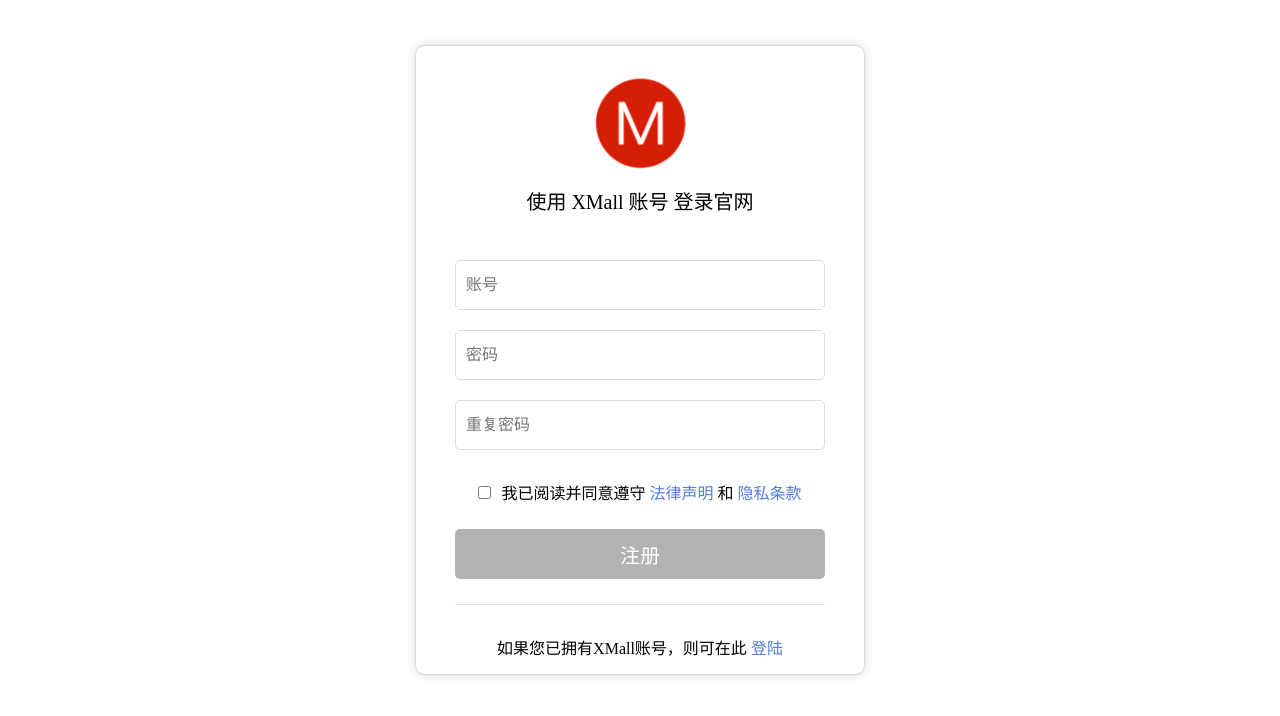
Repository: dingqihui1997/xmall-demo
Page: /signin
These files come from the project's save history. The page is drawn as it stood at one moment and after the next save; the edit follows.
The browser window is 1280 px wide. The pictures show the whole page.
The project was rebuilt for these pictures with package versions that can differ from the ones it lists, and the page was loaded fresh each time. Also part of the build but not shown: vue.config.js, src/views/Home.vue.

Above is the page before, as saved 2021-06-29 17:40:12.

### src/main.js
import Vue from 'vue'
import App from './App.vue'
import router from './router'
import store from './store'
import ElementUI from 'element-ui';
import 'element-ui/lib/theme-chalk/index.css';
Vue.use(ElementUI);
Vue.config.productionTip = false

new Vue({
  router,
  store,
  render: h => h(App)
}).$mount('#app')

### src/App.vue
<template>
  <div id="app">
    <router-view />
  </div>
</template>

<style lang="scss">
@import "./styles/common";
@import "./styles/ui";
</style>

### src/router/index.js
import Vue from 'vue'
import VueRouter from 'vue-router'
import Home from '../views/Home.vue'

Vue.use(VueRouter)

const routes = [
  {
    path: '/',
    name: 'Home',
    component: Home
  },
  {//登录
    path: '/signin',
    name: 'Signin',
    component: () => import('../components/signin/Signin.vue')
  },
  {//注册
    path: '/register',
    name: 'Register',
    component: () => import('../components/register/Register.vue')
  },


]

const router = new VueRouter({
  mode: 'history',
  base: process.env.BASE_URL,
  routes
})

export default router

### src/styles/common.scss
 * {
     margin: 0;
     padding: 0;
 }

 .center {
     //居中显示
     margin: auto;
     position: absolute;
     top: 0;
     bottom: 0;
     left: 0;
     right: 0;
 }

 * {
     box-sizing: border-box;
 }

 .wi100 {
     width: 100%;
 }

 .hei100 {
     height: 100%;
 }

 .pflex {
     position: fixed;
     /* 固定定位 */
 }

 .flex {
     display: flex;
 }

 .flex-wrap {
     /* 子元素换行排列 */
     display: flex;
     flex-wrap: wrap;
     align-items: center;
 }

 .flex-j {
     display: flex;
     justify-content: center;
     /* 水平方向居中 */
 }

 .flex-a {
     display: flex;
     align-items: center;
     /* 垂直方向居中 */
 }

 .flex-ja {
     /* felx-ja 垂直水平方向居中 */
     display: flex;
     align-items: center;
     justify-content: center;
 }

 .flex-sb {
     /* flex-sb 子元素两边排列 */
     display: flex;
     justify-content: space-between;
 }

 .flex-sba {
     /* flex-sb 子元素两边排列 bing居中 */
     display: flex;
     justify-content: space-between;
     align-items: center;
 }

 .flex-d {
     /* z子元素竖向排列 */
     display: flex;
     flex-direction: column;
 }

 .flex-di {
     /* 子元素竖向排列并居中 */
     display: flex;
     flex-direction: column;
     align-items: center;
 }

 .flex-dj {
     /* 子元素竖向排列并居中 */
     display: flex;
     flex-direction: column;
 }

 .flex-dji {
     /* 子元素竖向排列并水平垂直居中 */
     display: flex;
     flex-direction: column;
     align-items: center;
     justify-content: center;
 }

 .pad-t10 {
     padding-top: 10px;
 }

 .pad-t15 {
     padding-top: 15px;
 }

 .margin-r55 {
     margin-right: 55px;
 }

 .marginauto {
     margin: 0 auto;
 }

 .img100 {
     width: 100%;
     height: 100%;
 }

 .img50 {
     width: 50%;
     height: 50%;
 }

 .imgh100 {
     height: 100%;
 }

 .img45 {
     width: 45%;
     height: 45%;
 }

 .img80 {
     width: 80%;
     height: 80%;
 }

 .font20 {
     font-size: 20px;
 }

 .font18 {
     font-size: 18px;
 }

 .font16 {
     font-size: 16px;
 }

 .font14 {
     font-size: 14px;
 }

 .font12 {
     font-size: 12px;
 }

 .flex1 {
     flex: 1;
 }

 .flex2 {
     flex: 1.5;
 }

 .color30 {
     color: #000000;
 }

 .color3f {
     /* 白色 */
     color: #fff;
 }

 .margin-t10 {
     margin-top: 10px;
 }

 .margin-t5 {
     margin-top: 5px;
 }

 .margin-t20 {
     margin-top: 20px;
 }

 .margin-r5 {
     margin-right: 5px;
 }

 .margin-r15 {
     margin-right: 15px;
 }

 .margin-r10 {
     margin-right: 10px;
 }

 .margin-r20 {
     margin-right: 20px;
 }

 .margin-r30 {
     margin-right: 30px;
 }

 .margin-l10 {
     margin-left: 10px;
 }

 .margin-l20 {
     margin-left: 20px;
 }

 .margin-b10 {
     margin-bottom: 10px;
 }

 .text-de {
     /* 有下划线 */
     text-decoration: underline;
 }

 .text-li {
     text-decoration: line-through;
     /* 删除线 */
 }

 .font-w7 {
     /* 加粗 */
     font-weight: 700;
 }

 .fontstyle-i {
     /* 斜体 */
     font-style: italic;
 }

 .shuoming {
     position: relative;
     top: 55px
 }

 .textr {
     text-align: right;
 }

### src/styles/ui.scss
.login {
    .el-input__inner {
        width: 370px;
        height: 50px;
    }

    .el-input__suffix {
        position: absolute;
        right: 50px;
    }

    .el-input {
        position: relative;
    }
}

### src/components/signin/Signin.vue
<template>
  <!-- 登录页面 -->
  <div class="one">
    <div class="box center flex-d login">
      <div class="top">
        <div class="flex-ja"><img src="../../assets/log1.png" alt="" /></div>
        <div class="flex-ja">使用 XMall 账号 登录官网</div>
      </div>
      <!-- 账号 -->
      <div class="flex-ja name">
        <input type="text" placeholder="账号" class="ipt" v-model="username" />
      </div>
      <!-- 密码 -->
      <div class="flex-ja name">
        <input
          type="password"
          placeholder="密码"
          class="ipt"
          v-model="password"
        />
      </div>
      <!-- 重复密码 -->
      <div class="flex-ja name">
        <input
          type="password"
          placeholder="重复密码"
          class="ipt"
          v-model="Repeat"
        />
      </div>
      <div class="flex-ja choice">
        <input type="checkbox" class="inpt" v-model="checked" />
        我已阅读并同意遵守<span>&nbsp;法律声明&nbsp;</span>和<span
          >&nbsp;隐私条款</span
        >
      </div>
      <div class="flex-ja regis">
        <!-- 动态绑定属性，最先是true禁用状态 -->
        <button
          :disabled="flag"
          :class="{ back: flag === false }"
          @click="goto"
        >
          注册
        </button>
      </div>
      <div class="flex-ja">
        <div class="bottom flex-ja">
          如果您已拥有XMall账号，则可在此<span>&nbsp;登陆</span>
        </div>
      </div>
    </div>
  </div>
</template>

<script>
import axios from "axios";
export default {
  name: "",
  props: {},
  data() {
    return {
      username: "",
      password: "",
      Repeat: "",
      flag: true, //最开始禁用按钮
      checked: false,
    };
  },
  components: {},
  methods: {
    goto() {
      if (this.checked === false) {
        this.$message.error("您未勾选同意我们的相关注册协议");
      }
      if (this.password !== this.Repeat) {
        this.$message.error("两次输入的密码不相同");
      }
      if (this.password === this.Repeat && this.checked === true) {
        axios
          .post("/api/users/register", {
            username: this.username,
            password: this.password,
          })
          .then((res) => {
            console.log(res);
          })
          .catch((err) => {
            console.log("请求失败", err);
          });
      }
    },
  },
  mounted() {},
  computed: {},
  watch: {
    username(val) {
      this.username = val;
    },
    password(val) {
      this.password = val;
    },
    Repeat(val) {
      //账号和密码都输入了内容后，然后就不禁用button
      this.Repeat = val;
      if (this.username !== "" && this.password !== "" && val !== "") {
        this.flag = false;
        // console.log(val);
      } else {
        this.flag = true;
      }
    },
  },
};
</script>

<style lang='scss' scoped>
.box {
  width: 450px;
  height: 630px;
  border: 1px solid #dadada;
  border-radius: 10px;
  box-shadow: 0 0 10px #dadada;
}
.one {
  height: 100vh;
}
.top {
  height: 240px;
  font-size: 20px;
  margin-bottom: 35px;
  padding-top: 25px;
}
.top img {
  margin-bottom: 10px;
}
.ipt {
  width: 370px;
  height: 50px;
  outline: none;
  border: 1px #dcdcdc solid;
  border-radius: 5px;
  padding-left: 10px;
  font-size: 16px;
}
button {
  margin: 25px 0px;
  width: 370px;
  height: 50px;
  border-radius: 5px;
  border: none;
  color: #fff;
  font-size: 20px;
  background-color: #b2b2b2; //最开始设置成灰色背景颜色
}

span {
  color: #527bd9;
}

.name {
  margin-top: 10px;
  margin-bottom: 10px;
  text-align: center;
}
.choice {
  margin-top: 20px;
}
.regis {
  padding: 0 35px;
}
.inpt {
  margin-right: 10px;
}
.bottom {
  width: 370px;
  border-top: 1px #e0e0df solid;
  padding: 30px 0;
}
.back {
  background-color: #5f86e4; //当按钮不禁用的时候就显示蓝色，然后添加hover的效果
  &:hover {
    background-color: #6283cf;
  }
}
</style>

Loaded but not shown: public/index.html (common file); src/store/index.js (common file)

After the next save:
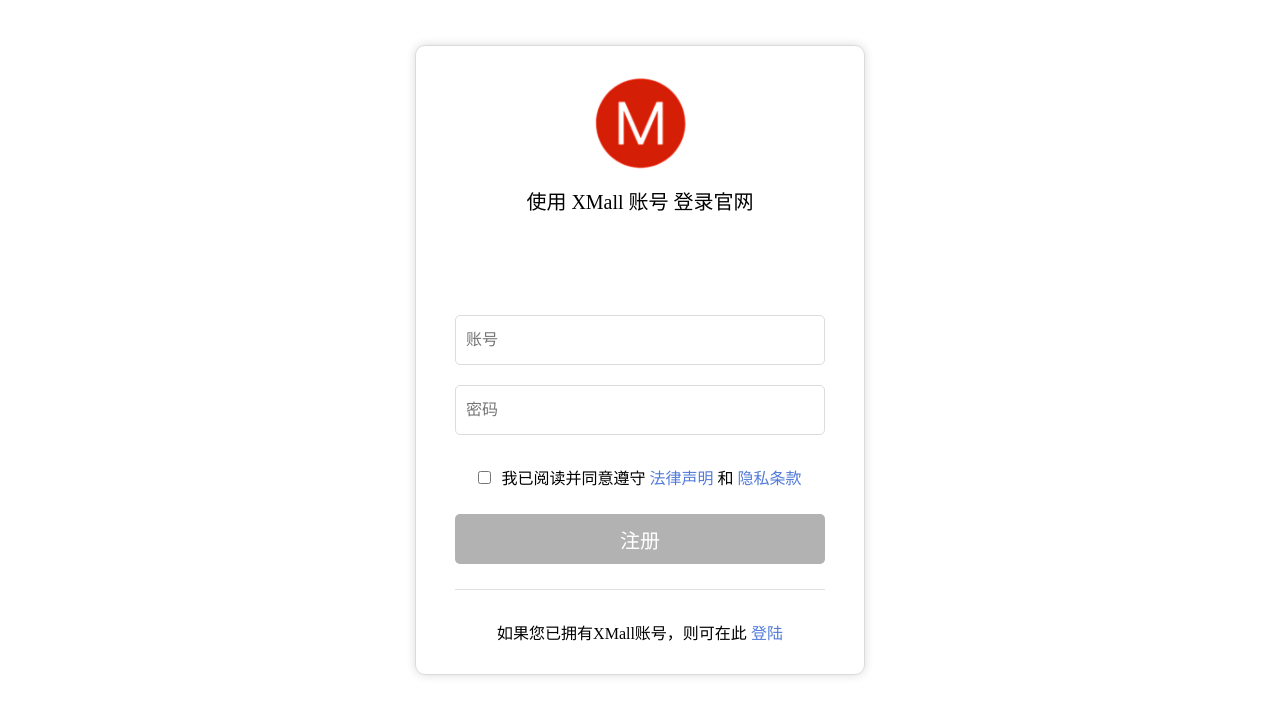
Saved 31 s later.
--- a/src/components/signin/Signin.vue
+++ b/src/components/signin/Signin.vue
@@ -17,15 +17,6 @@
           placeholder="密码"
           class="ipt"
           v-model="password"
-        />
-      </div>
-      <!-- 重复密码 -->
-      <div class="flex-ja name">
-        <input
-          type="password"
-          placeholder="重复密码"
-          class="ipt"
-          v-model="Repeat"
         />
       </div>
       <div class="flex-ja choice">
